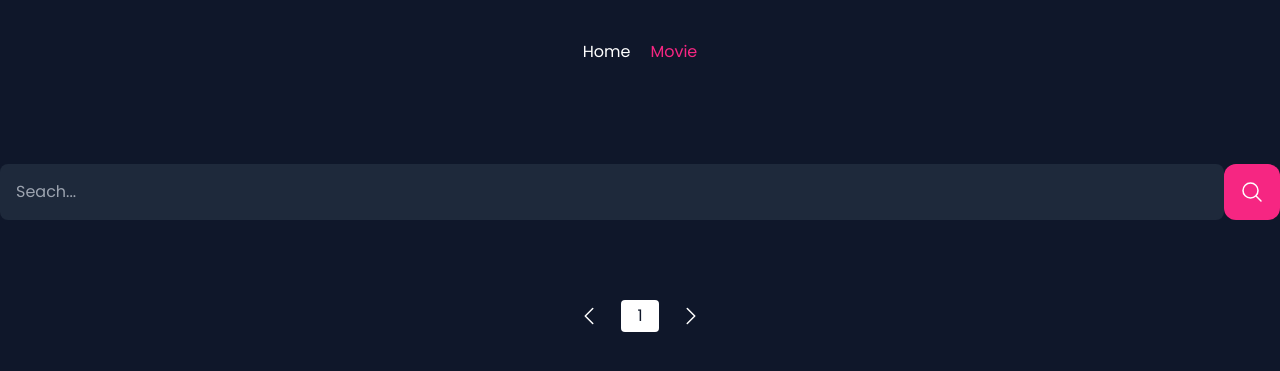
Repository: HoangLong0210/MovieWithTheMovieDb
Page: /movie
The author's editor kept a copy of each file at every save. The page is drawn from the files as they stood at one save, then again after the next save.
The browser window is 1280 px wide. The pictures show the whole page.
The page's requests for data from a server got no answer. The project was rebuilt for these pictures with package versions that can differ from the ones it lists, and the page was loaded fresh each time. No one was signed in, and anything a server would have sent is missing. Also part of the build but not shown: src/components/banner/BannerItem.js, src/components/banner/Banner.js, src/components/movie/MovieCard.js, src/components/movie/MovieList.js, src/pages/HomePage.js, src/components/movie/MovieCredits.js, src/components/movie/MovieVideo.js, src/components/movie/MovieSimilar.js and 1 more.

Above is the page before, as saved 2023-04-29 14:19:40.

After the next save:
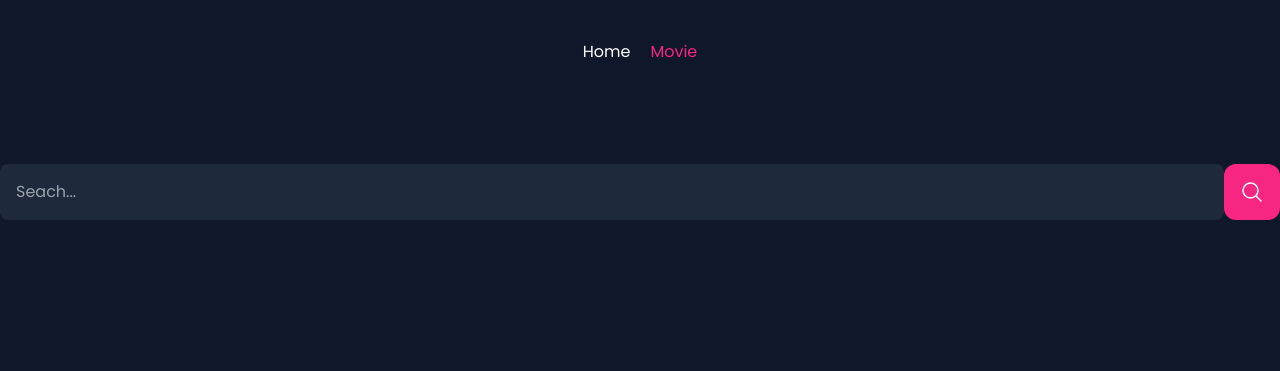
Saved 78 s later.
--- a/src/pages/MoviePage.js
+++ b/src/pages/MoviePage.js
@@ -93,43 +93,6 @@
           renderOnZeroPageCount={null}
         />
       </div>
-      <div className="flex items-center justify-center mt-10 gap-x-5">
-        <span className="cursor-pointer">
-          <svg
-            xmlns="http://www.w3.org/2000/svg"
-            fill="none"
-            viewBox="0 0 24 24"
-            strokeWidth="1.5"
-            stroke="currentColor"
-            className="w-6 h-6"
-          >
-            <path
-              strokeLinecap="round"
-              strokeLinejoin="round"
-              d="M15.75 19.5L8.25 12l7.5-7.5"
-            />
-          </svg>
-        </span>
-        <span className="cursor-pointer inline-block p-2 bg-white text-slate-900 py-2 px-4 rounded leading-none">
-          1
-        </span>
-        <span className="cursor-pointer">
-          <svg
-            xmlns="http://www.w3.org/2000/svg"
-            fill="none"
-            viewBox="0 0 24 24"
-            strokeWidth="1.5"
-            stroke="currentColor"
-            className="w-6 h-6"
-          >
-            <path
-              strokeLinecap="round"
-              strokeLinejoin="round"
-              d="M8.25 4.5l7.5 7.5-7.5 7.5"
-            />
-          </svg>
-        </span>
-      </div>
     </div>
   );
 };
